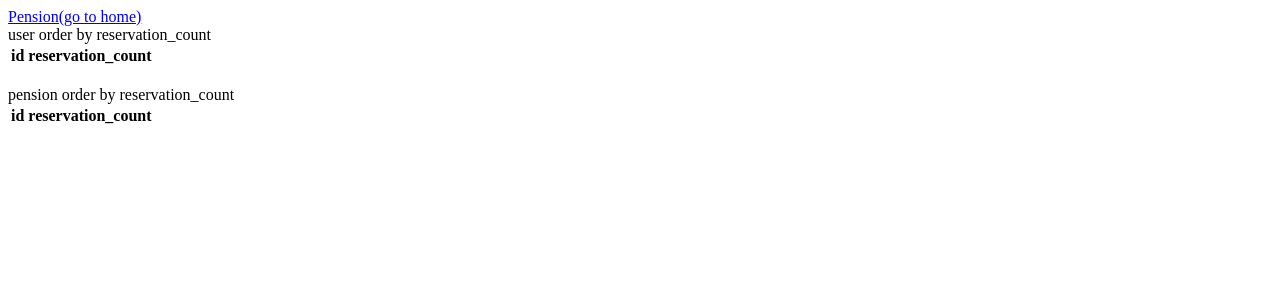
Repository: spero-spera/termproject
Page: http://localhost/admin.php
The author's editor kept a record of every edit. The page is drawn from the files as they stood at one moment, then again after the next edit.
The browser window is 1280 px wide. The pictures show the whole page.
The page is run by PHP 8.4 with error messages shown; the project is at /var/www/html/. Queries for data that is not in the repository find no rows.

Above is the page before.

After the next edit:
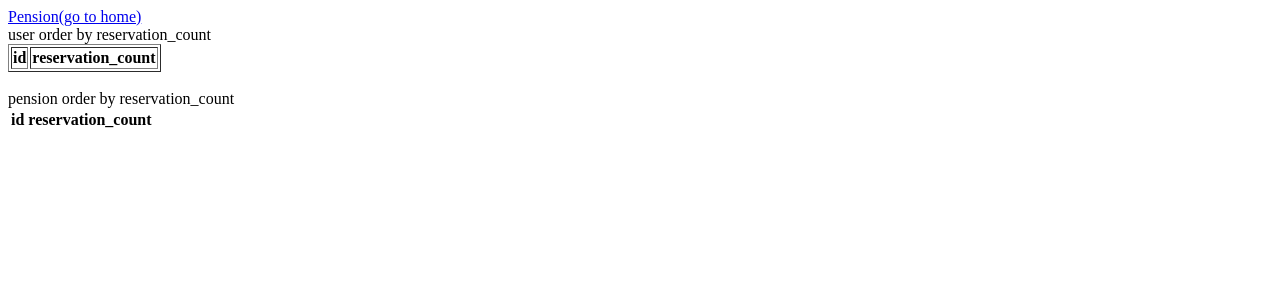
The edit:
--- a/admin.php
+++ b/admin.php
@@ -13,7 +13,7 @@
 	$result2 = mysqli_query($conn, $sql);
 	echo "user order by reservation_count";
 	 ?>
-     <table class="table">
+     <table class="table" border=1>
      <thead>
      <th>id</th>
      <th>reservation_count</th>
